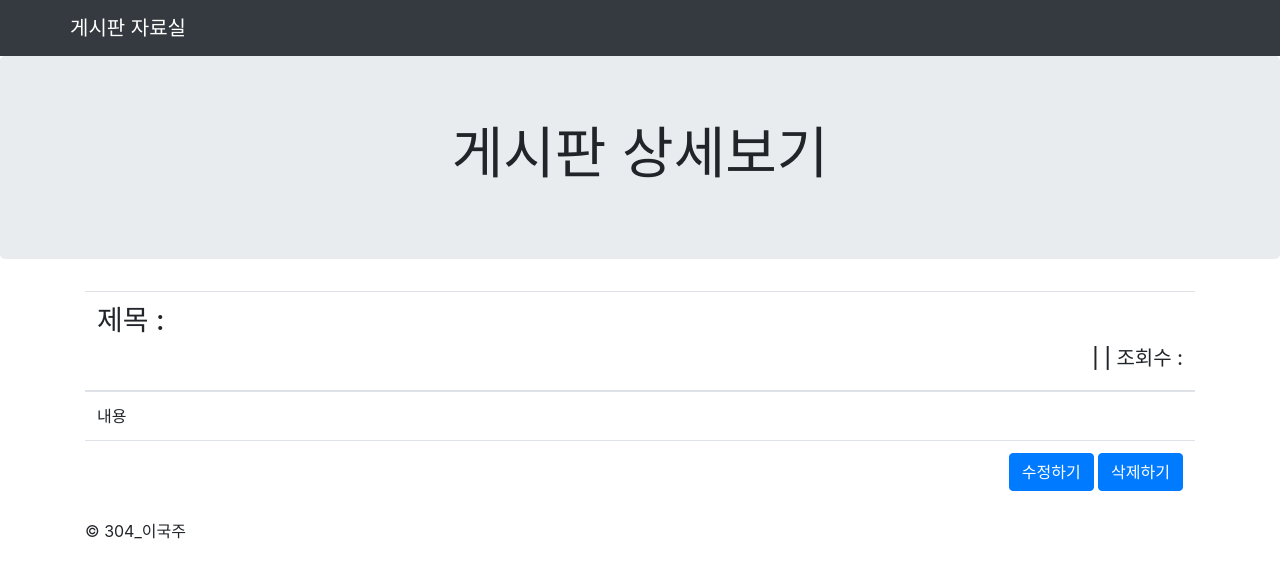
Repository: LeeKukJu/JSP-Study
Page: http://localhost/JSPBook/ch11/totaltest/boardView.jsp?id=isDNEt
An editor plug-in stored every save of this project. The page is shown before and after a run of saves, followed by the edit.
The browser window is 1280 px wide. The pictures show the whole page.
The page is served by Tomcat 9. Nobody is signed in. The application's start-up code is not run.

Above is the page before, as saved 2023-02-03 12:32:18.

After the next 2 saves:
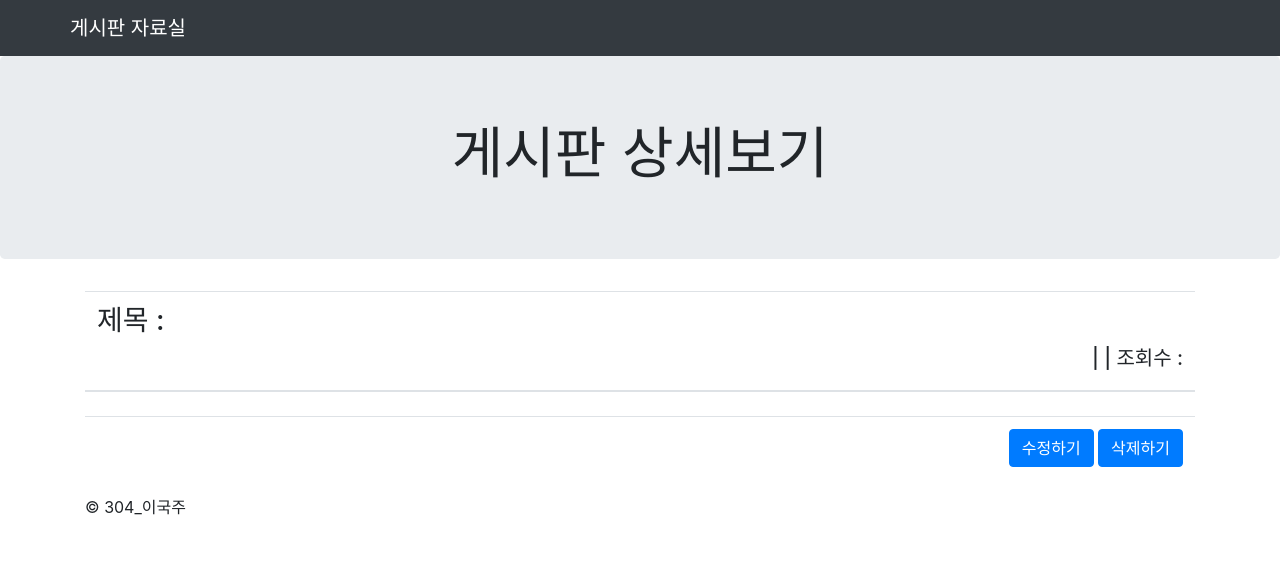
The 2 saves are shown as one change because 1 did not build or start.
The last was saved 87 s later.
--- a/JSPBook/WebContent/ch11/totaltest/boardView.jsp
+++ b/JSPBook/WebContent/ch11/totaltest/boardView.jsp
@@ -62,7 +62,7 @@
 				</thead>
 				<tbody>
 					<tr>
-						<td>내용</td>
+						<td><c:out value="${board.content}"/> </td>
 					</tr>
 					<tr>
 						<td align="right">
